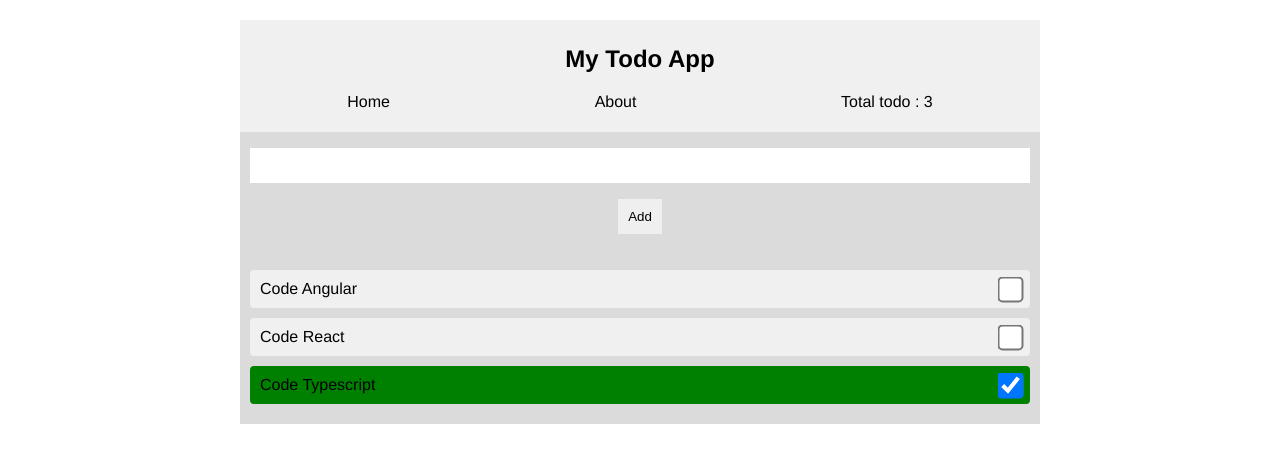
Repository: DTien93/Todo-Typescript
Page: / (app in my-app/)
An editor plug-in stored every save of this project. The page is shown before and after the next save, followed by the edit.
The browser window is 1280 px wide. The pictures show the whole page.
The project was rebuilt for these pictures with package versions that can differ from the ones it lists, and the page was loaded fresh each time. Imported but missing from the stored project, and not drawn on this page: my-app/src/serviceWorker.

Above is the page before, as saved 2021-10-16 22:25:26.

After the next save:
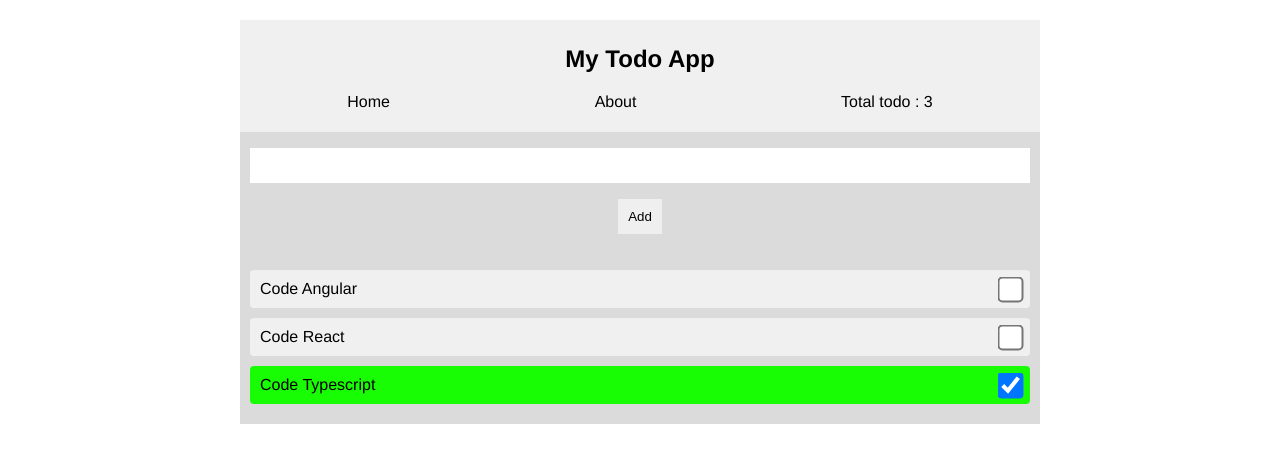
Saved 42 s later.
--- a/my-app/src/App.css
+++ b/my-app/src/App.css
@@ -23,7 +23,7 @@
  }
 
  .todo-list li.completed {
-  background: green;
+  background: rgb(24, 252, 4);
  }
 
  .todo-list li button {
